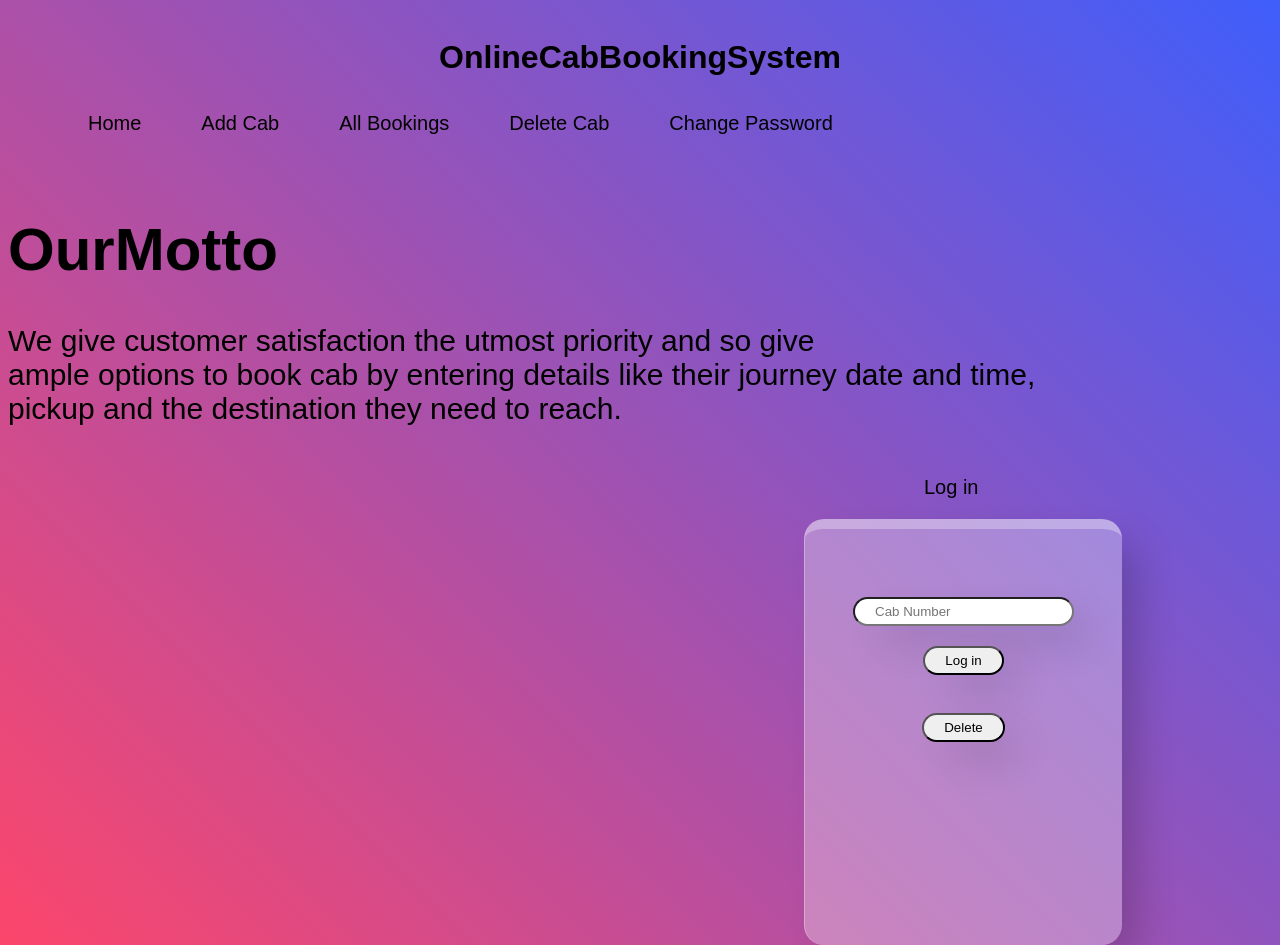
Repository: venkateshpillala/OnlineCabBookingSystem
Page: BookCab/src/main/webapp/changePassword.html
The author's editor kept a copy of each file at every save. The page is drawn from the files as they stood at one save, then again after the next save.
The browser window is 1280 px wide. The pictures show the whole page.

Above is the page before, as saved 2024-06-07 17:32:18.

### BookCab/src/main/webapp/changePassword.html
<!DOCTYPE html>
<html>
<head>
<meta charset="ISO-8859-1">
<title>OnlineCabBooking</title>
</head>
<style>
	body{

		background : linear-gradient(45deg,#FC466B,#3F5EFB);
		height : 100vh;
		font-family : "Montserrat", sans-serif;
	}
	form {
		font-family : "Montserrat", sans-serif;
		background : rgba(255,255,255,0.3);
		padding : 3em;
		height : 320px;
		border-radius : 20px;
		border-left : 1px solid rgba(255,255,255,0.3);
		border-top : 10px solid rgba(255,255,255,0.3);
		background-filter : blur(10px);
		box-shadow : 20px 20px 40px -6px rgba(0, 0, 0, 0.2);
		text-align : center;
		position : relative;
		transition : all 0.2 ease-in-out;
		margin-right : 100px;
	}
	input {
		border-radius : 20px;
		box-shadow : 20px 20px 40px -6px rgba(0, 0, 0, 0.2);
		padding  : 5px 20px;
		margin-top : 20px;
		background-filter : blur(10px);
	}
	.alignment{
		text-align : center;
		border-radius : 10px;
		padding: 10px;
	}
	ul {
  		list-style-type: none;
  		overflow: hidden;
	}

	li {
  		float: left;
	}

	li a {
  		display: block;
  		color : black;
  		text-align: center;
  		padding: 14px 30px;
  		text-decoration: none;
  		font-size : 20px;
	}

	li a:hover:not(.active) {
  		background-color: #111;
  		border-radius : 10px;
  		color : white;
	}
	.h{
		padding : 100px;
	}
	.left{
		float : left;
		font-size : 30px;
	}
	.right{
		float : right;
		padding-right : 50px;
	}
	.para{
		padding-left : 120px;
		font-family : "Montserrat", sans-serif;
		font-size : 20px;


	}
	.over:hover:not(.active) {
  		background-color: #111;
  		border-radius : 10px;
  		color : white;
	}
</style>
<body>
<div class = "alignment">
	<h1 >OnlineCabBookingSystem</h1>
	<ul>
		<li><a href = "./Home.html">Home</a></li>
		<li><a href = "./AddCab.html">Add Cab</a></li>
		<li><a href = "./allbookings">All Bookings</a></li>
		<li><a href = "./deleteCab.html">Delete Cab</a></li>
		<li><a href = "./changePassword.html">Change Password</a></li>

	</ul>
</div>

<div >

	<div class = "left">
		<h1>OurMotto</h1>
		<p>We give customer satisfaction the utmost priority and so give<br> ample options
		to book cab by entering details like their journey date and time, <br>pickup and
		the destination they need to reach.
		</p>
	</div>
	<div class = "right">
	<p class = "para">Log in</p>
		<form method = "post" action = "./deletecab">
			<input type = "text" name = "cabNumber" placeholder = "Cab Number"/><br>			<input class = "over" type = "submit" value = "Log in"/><br><br>
			<input class = "over" type = "submit" value = "Delete"/><br><br>
		</form>
	</div>
</div>


</body>
</html>

After the next save:
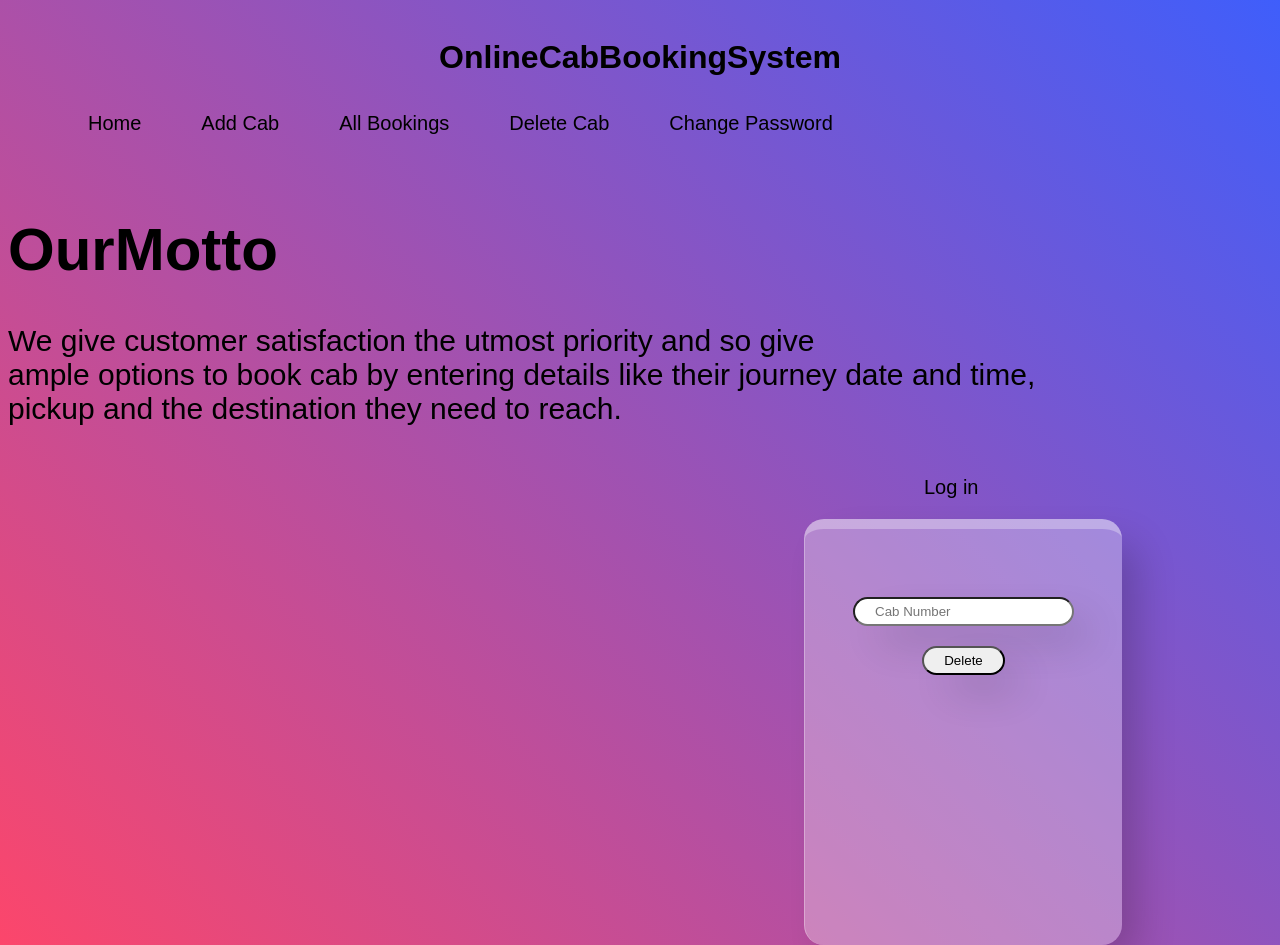
Saved 2 min 38 s later.
--- a/BookCab/src/main/webapp/changePassword.html
+++ b/BookCab/src/main/webapp/changePassword.html
@@ -110,7 +110,7 @@
 	<div class = "right">
 	<p class = "para">Log in</p>
 		<form method = "post" action = "./deletecab">
-			<input type = "text" name = "cabNumber" placeholder = "Cab Number"/><br>			<input class = "over" type = "submit" value = "Log in"/><br><br>
+			<input type = "text" name = "cabNumber" placeholder = "Cab Number"/><br>
 			<input class = "over" type = "submit" value = "Delete"/><br><br>
 		</form>
 	</div>
